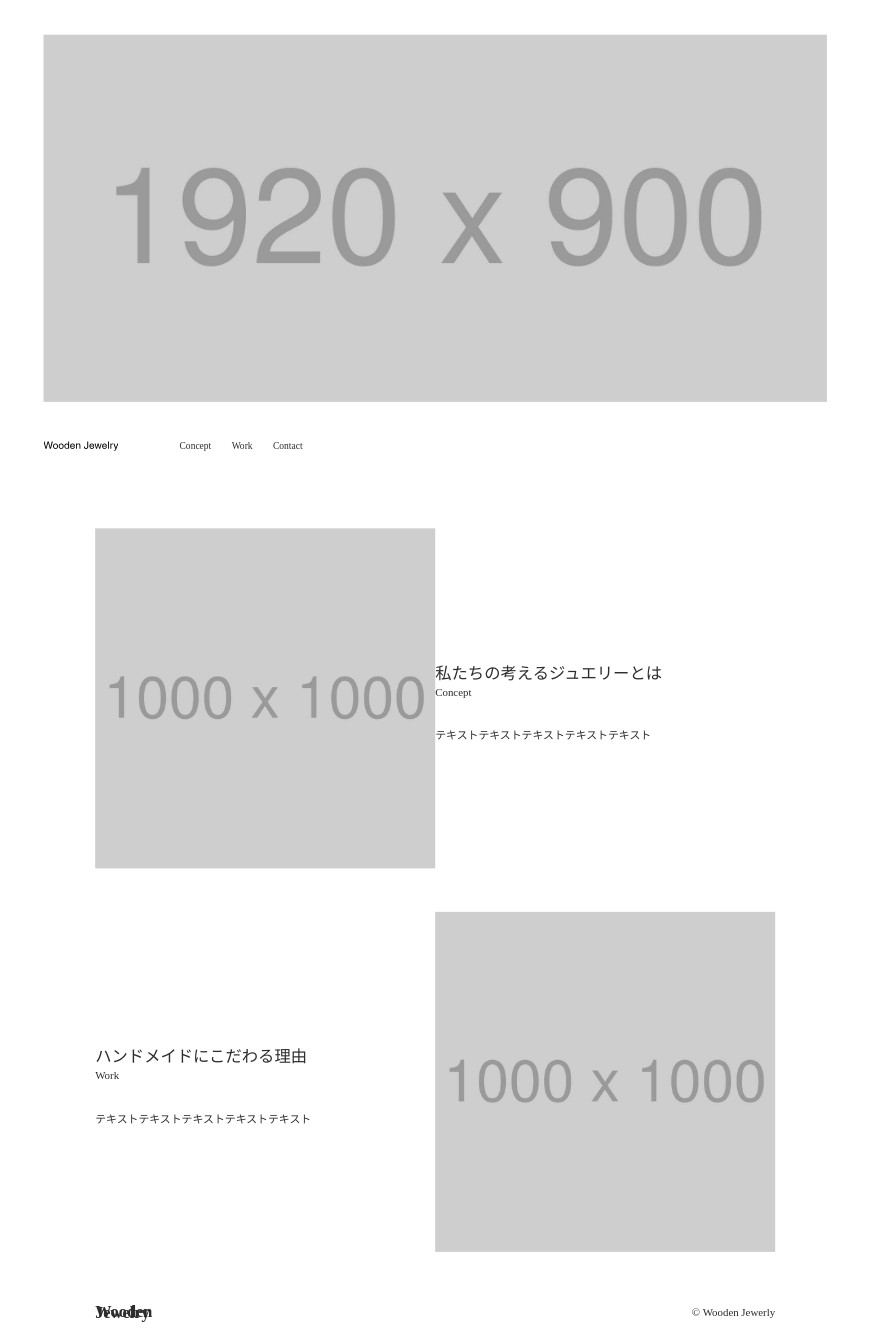
Repository: Fuki-san/jewelry
Page: http://localhost/jewelry
An editor plug-in stored every save of this project. The page is shown before and after a run of saves, followed by the edit.
The browser window is 1280 px wide. The pictures show the whole page, at 68% of full size.
The page is served by the project's Laravel application, run on PHP 8.4 with Laravel 10. Other server files are loaded and not shown.

Above is the page before, as saved 2023-11-26 15:00:44.

### routes/web.php
<?php

use Illuminate\Support\Facades\Route;

/*
|--------------------------------------------------------------------------
| Web Routes
|--------------------------------------------------------------------------
|
| Here is where you can register web routes for your application. These
| routes are loaded by the RouteServiceProvider and all of them will
| be assigned to the "web" middleware group. Make something great!
|
*/

Route::get('/', function () {
    return view('welcome');
});

Route::get('jewelry', function () {
    return view('jewelry');
});

### resources/views/jewelry.blade.php
@extends('layouts.main')

@section('title', 'jewelry')

@section('content')
    <div id="mainvisual">
        <img src="img/mainvisual.jpg">
    </div>
    <header id="header">
        <h1 class="site-title"><a href="#"><img src="img/logo.svg"></a></h1>
        <nav>
            <ul>
                <li><a href="#concept">Concept</a></li>
                <li><a href="#work">Work</a></li>
                <li><a href="mailto:xxx@xxx.xxx?subject=お問い合わせ">Contact</a></li>
            </ul>
        </nav>
    </header>

    <div class="container">
        <main>
            <section id="concept" class="content">
                <div class="img">
                    <img src="img/concept.jpg">
                </div>
                <div class="text">
                    <h2 class="section-title">私たちの考えるジュエリーとは</h2>
                    <span class="section-title-en">Concept</span>
                    <p>テキストテキストテキストテキストテキスト</p>
                </div>
            </section>

            <section id="work" class="content">
                <div class="text">
                    <h2 class="section-title">ハンドメイドにこだわる理由</h2>
                    <span class="section-title-en">Work</span>
                    <p>テキストテキストテキストテキストテキスト</p>
                </div>
                <div class="img">
                    <img src="img/work.jpg">
                </div>
            </section>
        </main>

        <footer id="footer">
            <h2 class="site-title">Wooden Jewelry</h2>
            <p class="copyright">&copy; Wooden Jewerly</p>
        </footer>
    </div>

@endsection

### resources/views/layouts/main.blade.php
<!DOCTYPE html>
<html lang="ja">
<head>
    <meta charset="UTF-8">
    <meta name="viewport" content="width=device-width, initial-scale=1.0">
    <meta http-equiv="X-UA-Compatible" content="ie=edge">
    <link rel="stylesheet" href="{{ asset('css/reset.css') }}">
    <link rel="stylesheet" href="{{ asset('css/style.css') }}">
    <link rel="icon" href="img/favicon.ico">
    <title>@yield('title')</title>
</head>
<body>
    @yield('content')
</body>
</html>

### public/css/style.css
@charset "utf-8";

html{
    font-size: 100%;
}
body{
    font-family: 'Crimson Text', serif;
    color: #2d2d2d;
}
ul{
    list-style: none;
}
a{
    text-decoration: none;
    color:#2d2d2d;
}

img{
    max-width: 100%;
    /* img親のdivのコンテンツラインと子のimgコンテンツラインの下端だけ少し隙間がある。
    その理由は、画像の横にテキストが入力された場合にデフォルトで定まっているvertical-align baseline
    が適応され、英文字のbaseline的に多少の文字の一部が下に出てしまうからであり、今回は文字もかかず、
    子imgと親divの下端の隙間はいらないため、vertical-align bottomで隙間を除去する。
    baselineとbottomの差は微小なので分かりずらいが、例えばgのbaselineはgフォントの下のクルンって
    なっているところの途中で baselineがくるが、bottomならほんとに一番下のクルンのところでくる
    隙間があるかどうかは親divのbackgroundcolorを設定すると分かりやすい */
    vertical-align: buttom;
}

.container{
    margin: 0 auto;
    max-width: 1000px;
    padding: 0 18px;
}

.site-title{
    width: 110px;
    line-height: 1px;
    margin-right: 50px;
}
.site-title a{
    display: block;
}
.section-title{
    font-size: 1.5rem;
    font-weight: normal;
    margin-bottom: 4px;
}

.section-title-en{
    display: inline-block;
    /* スパンタグでもmarginbottom使えるようにするため */
    margin-bottom: 25px;
}

#mainvisual{
    margin: 4% auto 0 auto;
    width: 90vw;
}

#header{
    width: 90vw;
    display: flex;
    align-items: center;
    padding: 32px 0;
    margin: 0 auto 30px auto;
}

#header ul{
    display: flex;
}
#header li{
    margin-right: 30px;
    font-size: 0.875rem;
}
#header li:last-child{
    margin-right: 0;
}
.content{
    display: flex;
    align-items: center;
    margin-bottom: 60px;
}
.content .img{
    width: 50%;
}
.content .text{
    width: 50%;
}





.container{
    padding-top: 30px;
}
.text{
    padding: 30px 0;
}


#footer {
    display: flex;
    justify-content: space-between;
    align-items: center;
}

### public/img/logo.svg
<?xml version="1.0" encoding="utf-8"?>
<!-- Generator: Adobe Illustrator 15.1.0, SVG Export Plug-In . SVG Version: 6.00 Build 0)  -->
<!DOCTYPE svg PUBLIC "-//W3C//DTD SVG 1.1//EN" "http://www.w3.org/Graphics/SVG/1.1/DTD/svg11.dtd">
<svg version="1.1" id="レイヤー_1" xmlns="http://www.w3.org/2000/svg" xmlns:xlink="http://www.w3.org/1999/xlink" x="0px"
	 y="0px" width="1000px" height="140px" viewBox="0 0 1000 140" enable-background="new 0 0 1000 140" xml:space="preserve">
<g>
	<path d="M39.405,111.195H25.498L0,13.294h14.317l18.271,79.63h0.273l21.952-79.63h14.454l21.953,79.63h0.273l18.271-79.63h14.59
		l-25.771,97.901H84.674l-22.362-81.13H62.04L39.405,111.195z"/>
	<path d="M160.348,37.837c22.771,0,33.133,19.226,33.133,37.634c0,18.407-10.362,37.633-33.133,37.633
		c-22.771,0-33.134-19.226-33.134-37.633C127.214,57.063,137.577,37.837,160.348,37.837z M160.348,102.741
		c17.18,0,20.726-17.726,20.726-27.27c0-9.545-3.545-27.271-20.726-27.271c-17.181,0-20.725,17.726-20.725,27.271
		C139.623,85.015,143.167,102.741,160.348,102.741z"/>
	<path d="M236.16,37.837c22.771,0,33.133,19.226,33.133,37.634c0,18.407-10.362,37.633-33.133,37.633
		c-22.771,0-33.134-19.226-33.134-37.633C203.026,57.063,213.389,37.837,236.16,37.837z M236.16,102.741
		c17.18,0,20.726-17.726,20.726-27.27c0-9.545-3.545-27.271-20.726-27.271c-17.181,0-20.725,17.726-20.725,27.271
		C215.435,85.015,218.979,102.741,236.16,102.741z"/>
	<path d="M342.105,111.195h-11.318v-9.817h-0.272c-5.182,9.681-13.362,11.863-20.316,11.863c-24.271,0-31.361-22.771-31.361-39.815
		c0-20.044,10.772-35.588,29.724-35.588c12.954,0,18.408,8.045,21.271,12.136l0.273-0.955V13.294h12V111.195z M310.471,102.877
		c7.637,0,19.499-5.044,19.499-23.998c0-11.59-1.909-30.271-19.226-30.271c-18.544,0-19.499,17.59-19.499,26.725
		C291.245,91.015,297.381,102.877,310.471,102.877z"/>
	<path d="M419.28,88.833c-0.408,3.409-3.681,13.499-12.681,19.499c-3.272,2.181-7.908,4.909-19.362,4.909
		c-20.043,0-31.907-15.135-31.907-35.725c0-22.089,10.636-39.679,34.225-39.679c20.589,0,30.679,16.363,30.679,41.588h-52.086
		c0,14.862,6.954,23.452,20.726,23.452c11.317,0,17.998-8.727,18.408-14.044H419.28z M407.827,69.88
		c-0.682-11.044-5.317-21.271-19.907-21.271c-11.045,0-19.771,10.227-19.771,21.271H407.827z"/>
	<path d="M492.638,111.195h-11.999V67.29c0-12.408-3.545-18.681-15.271-18.681c-6.817,0-18.817,4.363-18.817,23.726v38.86h-11.998
		V39.882h11.317v10.09h0.273c2.59-3.818,9.271-12.136,21.543-12.136c11.044,0,24.952,4.5,24.952,24.816V111.195z"/>
	<path d="M554.132,79.697v6.818c0,11.726,5.591,15.953,14.727,15.953c12.271,0,15.68-7.363,15.68-16.908V13.294h13.227v71.449
		c0,22.907-14.999,29.043-28.225,29.043c-22.771,0-27.815-15.272-27.815-24.407v-9.681H554.132z"/>
	<path d="M676.985,88.833c-0.409,3.409-3.682,13.499-12.681,19.499c-3.272,2.181-7.908,4.909-19.362,4.909
		c-20.044,0-31.906-15.135-31.906-35.725c0-22.089,10.636-39.679,34.225-39.679c20.589,0,30.679,16.363,30.679,41.588h-52.086
		c0,14.862,6.954,23.452,20.726,23.452c11.317,0,17.998-8.727,18.407-14.044H676.985z M665.531,69.88
		c-0.681-11.044-5.316-21.271-19.906-21.271c-11.045,0-19.771,10.227-19.771,21.271H665.531z"/>
	<path d="M715.574,111.195h-12.407l-20.59-71.313h13.091l13.634,56.041h0.273l13.771-56.041h13.362l13.908,56.041h0.273
		l14.453-56.041h11.998l-20.725,71.313h-12.409l-14.453-55.223h-0.272L715.574,111.195z"/>
	<path d="M847.153,88.833c-0.409,3.409-3.682,13.499-12.681,19.499c-3.272,2.181-7.908,4.909-19.362,4.909
		c-20.044,0-31.906-15.135-31.906-35.725c0-22.089,10.635-39.679,34.225-39.679c20.589,0,30.679,16.363,30.679,41.588h-52.086
		c0,14.862,6.954,23.452,20.726,23.452c11.317,0,17.998-8.727,18.407-14.044H847.153z M835.699,69.88
		c-0.682-11.044-5.316-21.271-19.906-21.271c-11.045,0-19.771,10.227-19.771,21.271H835.699z"/>
	<path d="M874.695,111.195h-11.998V13.294h11.998V111.195z"/>
	<path d="M906.327,111.195h-11.999V39.882h11.318v11.863h0.271c4.772-8.318,11.045-13.909,20.045-13.909
		c1.499,0,2.181,0.137,3.135,0.409v12.408h-4.499c-11.182,0-18.271,8.727-18.271,19.09V111.195z"/>
	<path d="M986.774,39.882H1000c-8.317,23.316-16.499,46.633-25.634,69.949c-11.317,28.907-12.544,30.543-27.953,30.543
		c-1.772,0-3.135-0.545-5.044-1.091v-10.908c1.499,0.545,3.954,1.227,7.227,1.227c6.272,0,6.954-1.772,12.681-16.499l-26.453-73.221
		h13.636l18.953,58.086h0.273L986.774,39.882z"/>
</g>
</svg>

After the next 4 saves:
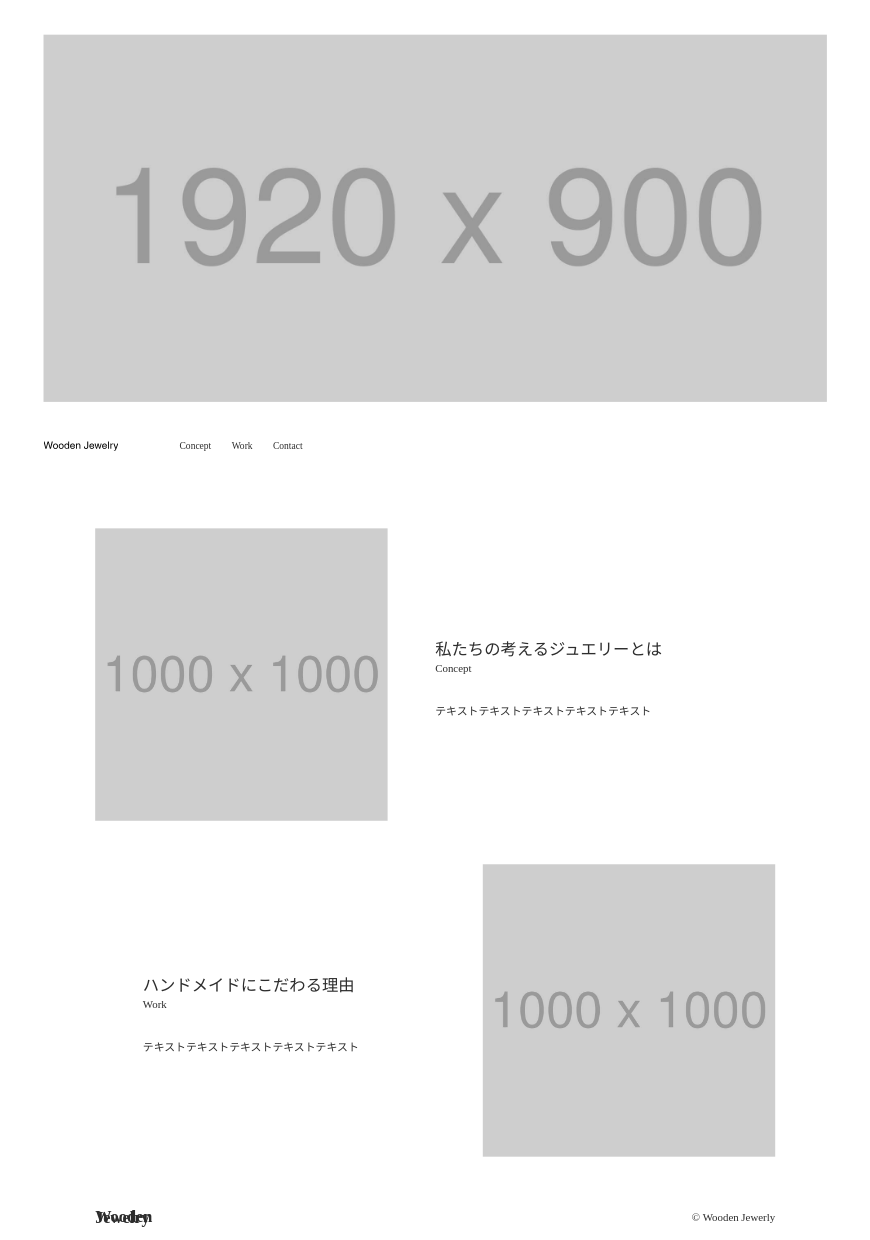
The 4 saves are shown as one change because they came seconds apart.
The last was saved 10 s later.
--- a/public/css/style.css
+++ b/public/css/style.css
@@ -86,6 +86,7 @@
 }
 .content .text{
     width: 50%;
+    padding: 0 7%;
 }
 
 

After the save that followed:
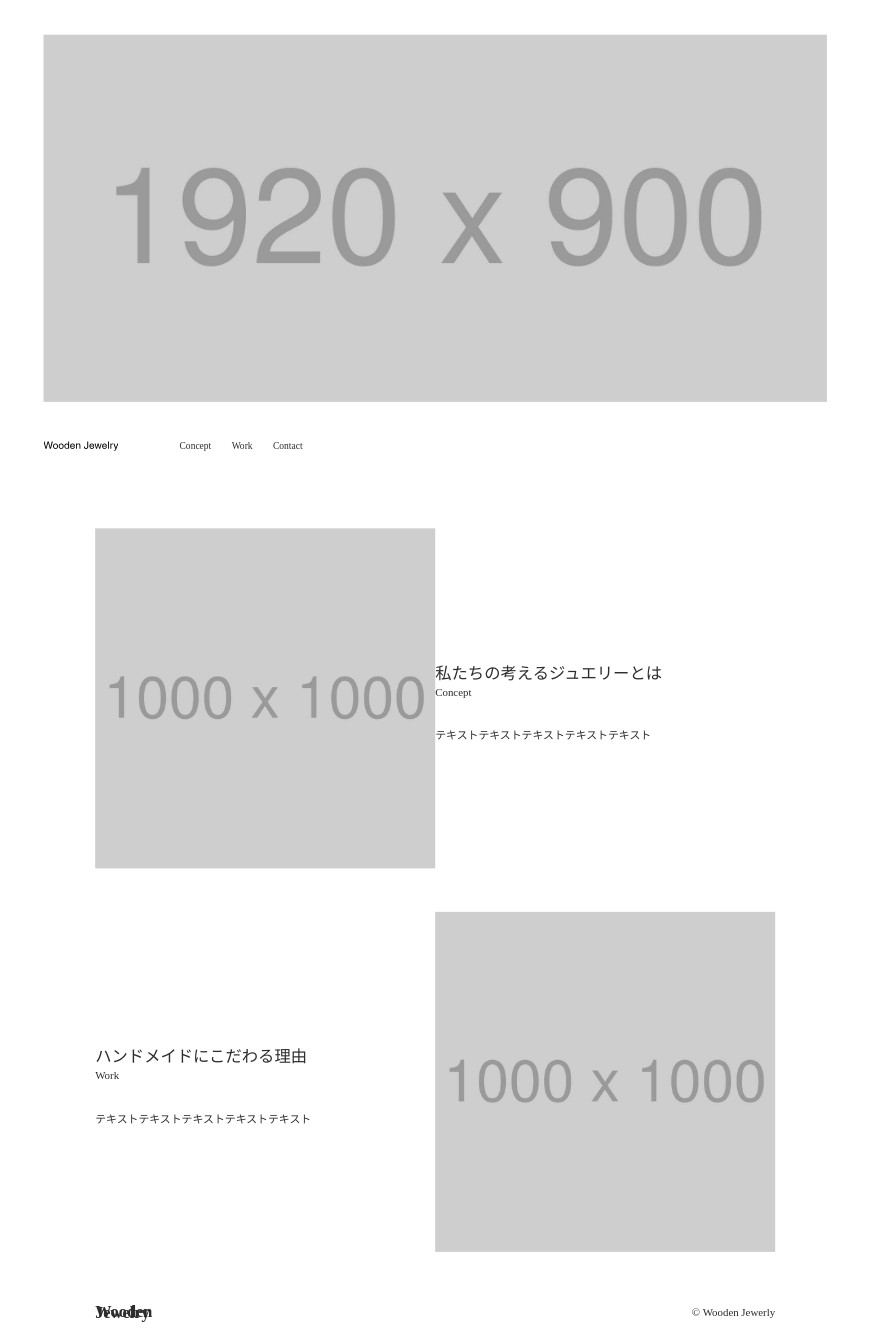
Saved 20 s later.
--- a/public/css/style.css
+++ b/public/css/style.css
@@ -86,7 +86,7 @@
 }
 .content .text{
     width: 50%;
-    padding: 0 7%;
+    /* padding: 0 7%; */
 }
 
 
